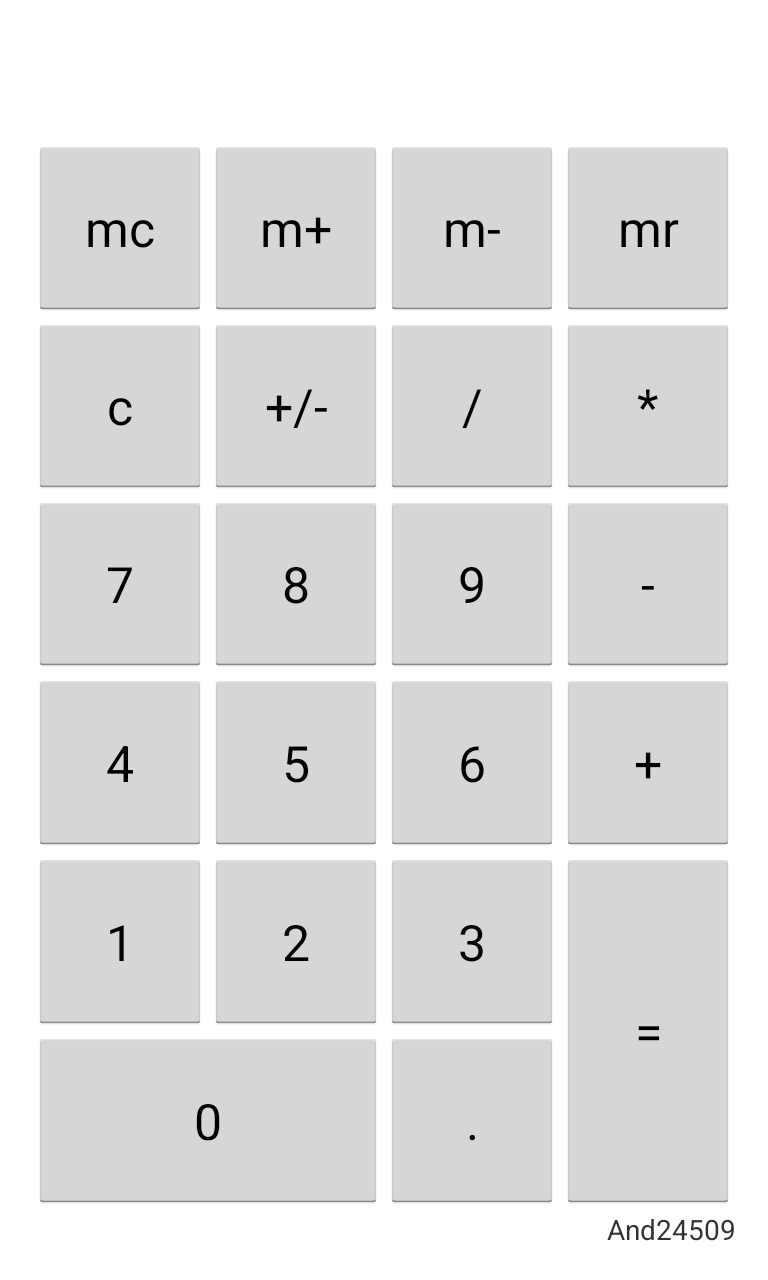
Repository: ericluo1123/myAndroidCode
Layout: myHomeWork/res/layout/activity_main.xml
These files come from the project's save history. The layout is drawn as it stood at one moment and after the next save; the edit follows.
It is drawn on a 768 x 1280 px phone screen (xhdpi) without system bars, with theme AppTheme; the app's code is not run.

Above is the layout before, as saved 2014-09-30 14:40:21.

### myHomeWork/res/layout/activity_main.xml
<RelativeLayout xmlns:android="http://schemas.android.com/apk/res/android"
    xmlns:tools="http://schemas.android.com/tools"
    android:id="@+id/RelativeLayout1"
    android:layout_width="match_parent"
    android:layout_height="match_parent"
    android:gravity="top"
    android:onClick="setText"
    android:orientation="vertical"
    android:padding="@dimen/activity_vertical_margin"
    android:paddingBottom="@dimen/activity_vertical_margin"
    android:paddingLeft="@dimen/activity_horizontal_margin"
    android:paddingRight="@dimen/activity_horizontal_margin"
    android:paddingTop="@dimen/activity_vertical_margin"
    tools:context="com.example.myhomework.MainActivity" >

    <TextView
        android:id="@+id/textView1"
        android:layout_width="wrap_content"
        android:layout_height="wrap_content"
        android:layout_alignParentBottom="true"
        android:layout_alignParentRight="true"
        android:text="And24509" />

    <LinearLayout
        android:id="@+id/linearLayout1"
        android:layout_width="match_parent"
        android:layout_height="wrap_content"
        android:layout_above="@+id/textView1"
        android:layout_below="@+id/textView2"
        android:orientation="vertical" >

        <LinearLayout
            android:layout_width="match_parent"
            android:layout_height="0dp"
            android:layout_weight="1" >

            <Button
                android:id="@+id/button1"
                style="@style/styleName"
                android:layout_width="0dp"
                android:layout_height="match_parent"
                android:layout_weight="1"
                android:onClick="0"
                android:text="mc" />

            <Button
                android:id="@+id/button2"
                android:layout_width="0dp"
                android:layout_height="match_parent"
                android:layout_weight="1"
                android:onClick="0"
                android:text="m+"
                android:textSize="25" />

            <Button
                android:id="@+id/button3"
                android:layout_width="0dp"
                android:layout_height="match_parent"
                android:layout_weight="1"
                android:onClick="0"
                android:text="m-"
                android:textSize="25" />

            <Button
                android:id="@+id/button4"
                android:layout_width="0dp"
                android:layout_height="match_parent"
                android:layout_weight="1"
                android:onClick="0"
                android:text="mr"
                android:textSize="25" />
        </LinearLayout>

        <LinearLayout
            android:layout_width="match_parent"
            android:layout_height="0dp"
            android:layout_weight="1"
            android:orientation="horizontal" >

            <Button
                android:id="@+id/button5"
                android:layout_width="0dp"
                android:layout_height="match_parent"
                android:layout_weight="1"
                android:onClick="setText"
                android:text="c"
                android:textSize="25" />

            <Button
                android:id="@+id/button6"
                android:layout_width="0dp"
                android:layout_height="match_parent"
                android:layout_weight="1"
                android:text="+/-"
                android:textSize="25" />

            <Button
                android:id="@+id/button7"
                android:layout_width="0dp"
                android:layout_height="match_parent"
                android:layout_weight="1"
                android:onClick="setText"
                android:text="/"
                android:textSize="25" />

            <Button
                android:id="@+id/button8"
                android:layout_width="0dp"
                android:layout_height="match_parent"
                android:layout_weight="1"
                android:onClick="setText"
                android:text="*"
                android:textSize="25" />
        </LinearLayout>

        <LinearLayout
            android:layout_width="match_parent"
            android:layout_height="0dp"
            android:layout_weight="1" >

            <Button
                android:id="@+id/button9"
                android:layout_width="0dp"
                android:layout_height="match_parent"
                android:layout_weight="1"
                android:onClick="setText"
                android:text="7"
                android:textSize="25" />

            <Button
                android:id="@+id/button10"
                android:layout_width="0dp"
                android:layout_height="match_parent"
                android:layout_weight="1"
                android:onClick="setText"
                android:text="8"
                android:textSize="25" />

            <Button
                android:id="@+id/button11"
                android:layout_width="0dp"
                android:layout_height="match_parent"
                android:layout_weight="1"
                android:onClick="setText"
                android:text="9"
                android:textSize="25" />

            <Button
                android:id="@+id/button12"
                android:layout_width="0dp"
                android:layout_height="match_parent"
                android:layout_weight="1"
                android:onClick="setText"
                android:text="-"
                android:textSize="25" />
        </LinearLayout>

        <LinearLayout
            android:layout_width="match_parent"
            android:layout_height="0dp"
            android:layout_weight="1" >

            <Button
                android:id="@+id/button13"
                android:layout_width="0dp"
                android:layout_height="match_parent"
                android:layout_weight="1"
                android:onClick="setText"
                android:text="4"
                android:textSize="25" />

            <Button
                android:id="@+id/button14"
                android:layout_width="0dp"
                android:layout_height="match_parent"
                android:layout_weight="1"
                android:onClick="setText"
                android:text="5"
                android:textSize="25" />

            <Button
                android:id="@+id/button15"
                android:layout_width="0dp"
                android:layout_height="match_parent"
                android:layout_weight="1"
                android:onClick="setText"
                android:text="6"
                android:textSize="25" />

            <Button
                android:id="@+id/button16"
                android:layout_width="0dp"
                android:layout_height="match_parent"
                android:layout_weight="1"
                android:onClick="setText"
                android:text="+"
                android:textSize="25" />
        </LinearLayout>

        <LinearLayout
            android:layout_width="match_parent"
            android:layout_height="0dp"
            android:layout_weight="2"
            android:orientation="horizontal" >

            <LinearLayout
                android:layout_width="0dp"
                android:layout_height="match_parent"
                android:layout_weight="3"
                android:orientation="vertical" >

                <LinearLayout
                    android:layout_width="match_parent"
                    android:layout_height="0dp"
                    android:layout_weight="1" >

                    <Button
                        android:id="@+id/button18"
                        android:layout_width="0dp"
                        android:layout_height="match_parent"
                        android:layout_weight="1"
                        android:onClick="setText"
                        android:text="1"
                        android:textSize="25" />

                    <Button
                        android:id="@+id/button20"
                        android:layout_width="0dp"
                        android:layout_height="match_parent"
                        android:layout_weight="1"
                        android:onClick="setText"
                        android:text="2"
                        android:textSize="25" />

                    <Button
                        android:id="@+id/button21"
                        android:layout_width="0dp"
                        android:layout_height="match_parent"
                        android:layout_weight="1"
                        android:onClick="setText"
                        android:text="3"
                        android:textSize="25" />
                </LinearLayout>

                <LinearLayout
                    android:layout_width="match_parent"
                    android:layout_height="0dp"
                    android:layout_weight="1" >

                    <LinearLayout
                        android:layout_width="0dp"
                        android:layout_height="match_parent"
                        android:layout_weight="2" >

                        <Button
                            android:id="@+id/button19"
                            android:layout_width="match_parent"
                            android:layout_height="match_parent"
                            android:onClick="setText"
                            android:text="0"
                            android:textSize="25" />
                    </LinearLayout>

                    <LinearLayout
                        android:layout_width="0dp"
                        android:layout_height="match_parent"
                        android:layout_weight="1" >

                        <Button
                            android:id="@+id/button22"
                            android:layout_width="match_parent"
                            android:layout_height="match_parent"
                            android:onClick="setText"
                            android:text="."
                            android:textSize="25" />
                    </LinearLayout>
                </LinearLayout>
            </LinearLayout>

            <LinearLayout
                android:layout_width="0dp"
                android:layout_height="match_parent"
                android:layout_weight="1"
                android:orientation="vertical" >

                <Button
                    android:id="@+id/button17"
                    android:layout_width="match_parent"
                    android:layout_height="match_parent"
                    android:onClick="setText"
                    android:text="="
                    android:textSize="25" />
            </LinearLayout>
        </LinearLayout>
    </LinearLayout>

    <TextView
        android:id="@+id/textView2"
        android:layout_width="match_parent"
        android:layout_height="wrap_content"
        android:background="#FFFFFF"
        android:gravity="right"
        android:textSize="40sp" />

</RelativeLayout>

### myHomeWork/res/values/styles.xml
<resources>

    <!--
        Base application theme, dependent on API level. This theme is replaced
        by AppBaseTheme from res/values-vXX/styles.xml on newer devices.
    -->
    <style name="AppBaseTheme" parent="android:Theme.Light">
        <!--
            Theme customizations available in newer API levels can go in
            res/values-vXX/styles.xml, while customizations related to
            backward-compatibility can go here.
        -->
    </style>

    <!-- Application theme. -->
    <style name="AppTheme" parent="AppBaseTheme">
        <!-- All customizations that are NOT specific to a particular API-level can go here. -->
    </style>

    <style name="styleName" parent="android:Widget.Holo.Light.Button">
        <item name="android:textSize">25</item>
    </style>
</resources>

Loaded but not shown: myHomeWork/res/values-v11/styles.xml (common file); myHomeWork/res/values-v14/styles.xml (common file); myHomeWork/res/values/dimens.xml (common file); myHomeWork/res/values-w820dp/dimens.xml (common file)

After the next save:
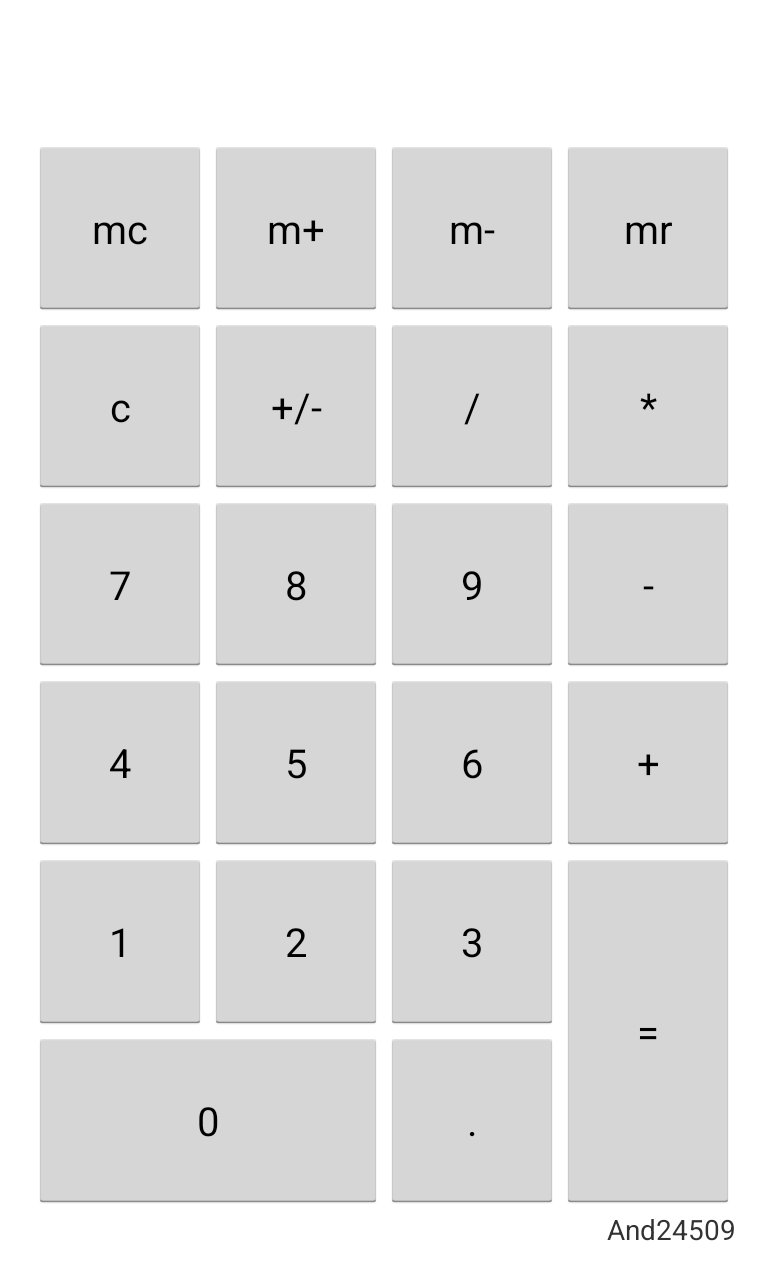
Saved 113 s later.
--- a/myHomeWork/res/layout/activity_main.xml
+++ b/myHomeWork/res/layout/activity_main.xml
@@ -36,12 +36,12 @@
 
             <Button
                 android:id="@+id/button1"
-                style="@style/styleName"
                 android:layout_width="0dp"
                 android:layout_height="match_parent"
                 android:layout_weight="1"
                 android:onClick="0"
-                android:text="mc" />
+                android:text="mc"
+                android:textSize="20" />
 
             <Button
                 android:id="@+id/button2"
@@ -50,7 +50,7 @@
                 android:layout_weight="1"
                 android:onClick="0"
                 android:text="m+"
-                android:textSize="25" />
+                android:textSize="20" />
 
             <Button
                 android:id="@+id/button3"
@@ -59,7 +59,7 @@
                 android:layout_weight="1"
                 android:onClick="0"
                 android:text="m-"
-                android:textSize="25" />
+                android:textSize="20" />
 
             <Button
                 android:id="@+id/button4"
@@ -68,7 +68,7 @@
                 android:layout_weight="1"
                 android:onClick="0"
                 android:text="mr"
-                android:textSize="25" />
+                android:textSize="20" />
         </LinearLayout>
 
         <LinearLayout
@@ -84,7 +84,7 @@
                 android:layout_weight="1"
                 android:onClick="setText"
                 android:text="c"
-                android:textSize="25" />
+                android:textSize="20" />
 
             <Button
                 android:id="@+id/button6"
@@ -92,7 +92,7 @@
                 android:layout_height="match_parent"
                 android:layout_weight="1"
                 android:text="+/-"
-                android:textSize="25" />
+                android:textSize="20" />
 
             <Button
                 android:id="@+id/button7"
@@ -101,7 +101,7 @@
                 android:layout_weight="1"
                 android:onClick="setText"
                 android:text="/"
-                android:textSize="25" />
+                android:textSize="20" />
 
             <Button
                 android:id="@+id/button8"
@@ -110,7 +110,7 @@
                 android:layout_weight="1"
                 android:onClick="setText"
                 android:text="*"
-                android:textSize="25" />
+                android:textSize="20" />
         </LinearLayout>
 
         <LinearLayout
@@ -125,7 +125,7 @@
                 android:layout_weight="1"
                 android:onClick="setText"
                 android:text="7"
-                android:textSize="25" />
+                android:textSize="20"/>
 
             <Button
                 android:id="@+id/button10"
@@ -134,7 +134,7 @@
                 android:layout_weight="1"
                 android:onClick="setText"
                 android:text="8"
-                android:textSize="25" />
+                android:textSize="20"/>
 
             <Button
                 android:id="@+id/button11"
@@ -143,7 +143,7 @@
                 android:layout_weight="1"
                 android:onClick="setText"
                 android:text="9"
-                android:textSize="25" />
+                android:textSize="20"/>
 
             <Button
                 android:id="@+id/button12"
@@ -152,7 +152,7 @@
                 android:layout_weight="1"
                 android:onClick="setText"
                 android:text="-"
-                android:textSize="25" />
+                android:textSize="20"/>
         </LinearLayout>
 
         <LinearLayout
@@ -167,7 +167,7 @@
                 android:layout_weight="1"
                 android:onClick="setText"
                 android:text="4"
-                android:textSize="25" />
+                android:textSize="20"/>
 
             <Button
                 android:id="@+id/button14"
@@ -176,7 +176,7 @@
                 android:layout_weight="1"
                 android:onClick="setText"
                 android:text="5"
-                android:textSize="25" />
+                android:textSize="20"/>
 
             <Button
                 android:id="@+id/button15"
@@ -185,7 +185,7 @@
                 android:layout_weight="1"
                 android:onClick="setText"
                 android:text="6"
-                android:textSize="25" />
+                android:textSize="20"/>
 
             <Button
                 android:id="@+id/button16"
@@ -194,7 +194,7 @@
                 android:layout_weight="1"
                 android:onClick="setText"
                 android:text="+"
-                android:textSize="25" />
+                android:textSize="20"/>
         </LinearLayout>
 
         <LinearLayout
@@ -221,7 +221,7 @@
                         android:layout_weight="1"
                         android:onClick="setText"
                         android:text="1"
-                        android:textSize="25" />
+                        android:textSize="20"/>
 
                     <Button
                         android:id="@+id/button20"
@@ -230,7 +230,7 @@
                         android:layout_weight="1"
                         android:onClick="setText"
                         android:text="2"
-                        android:textSize="25" />
+                        android:textSize="20"/>
 
                     <Button
                         android:id="@+id/button21"
@@ -239,7 +239,7 @@
                         android:layout_weight="1"
                         android:onClick="setText"
                         android:text="3"
-                        android:textSize="25" />
+                        android:textSize="20"/>
                 </LinearLayout>
 
                 <LinearLayout
@@ -258,7 +258,7 @@
                             android:layout_height="match_parent"
                             android:onClick="setText"
                             android:text="0"
-                            android:textSize="25" />
+                            android:textSize="20"/>
                     </LinearLayout>
 
                     <LinearLayout
@@ -272,7 +272,7 @@
                             android:layout_height="match_parent"
                             android:onClick="setText"
                             android:text="."
-                            android:textSize="25" />
+                            android:textSize="20"/>
                     </LinearLayout>
                 </LinearLayout>
             </LinearLayout>
@@ -289,7 +289,7 @@
                     android:layout_height="match_parent"
                     android:onClick="setText"
                     android:text="="
-                    android:textSize="25" />
+                    android:textSize="20"/>
             </LinearLayout>
         </LinearLayout>
     </LinearLayout>
